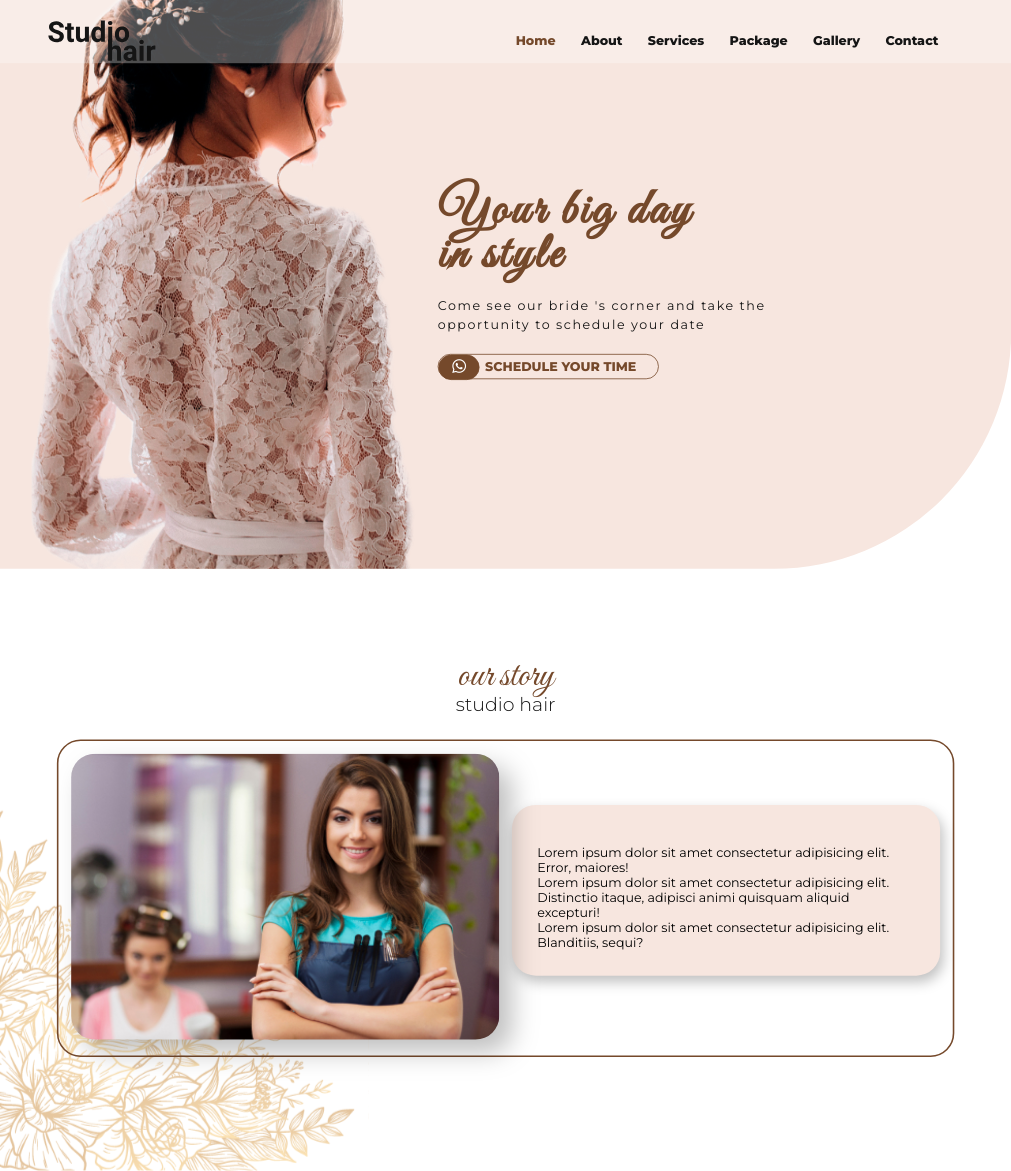
Repository: TuanHuflit2k1/clone-web01
Page: index.html
These files come from the project's save history. The page is drawn as it stood at one moment and after the next save; the edit follows.
The browser window is 1280 px wide. The pictures show the whole page, at 79% of full size.
Some web libraries are served in a nearby version.

Above is the page before, as saved 2022-04-28 11:21:24.

After the next save:
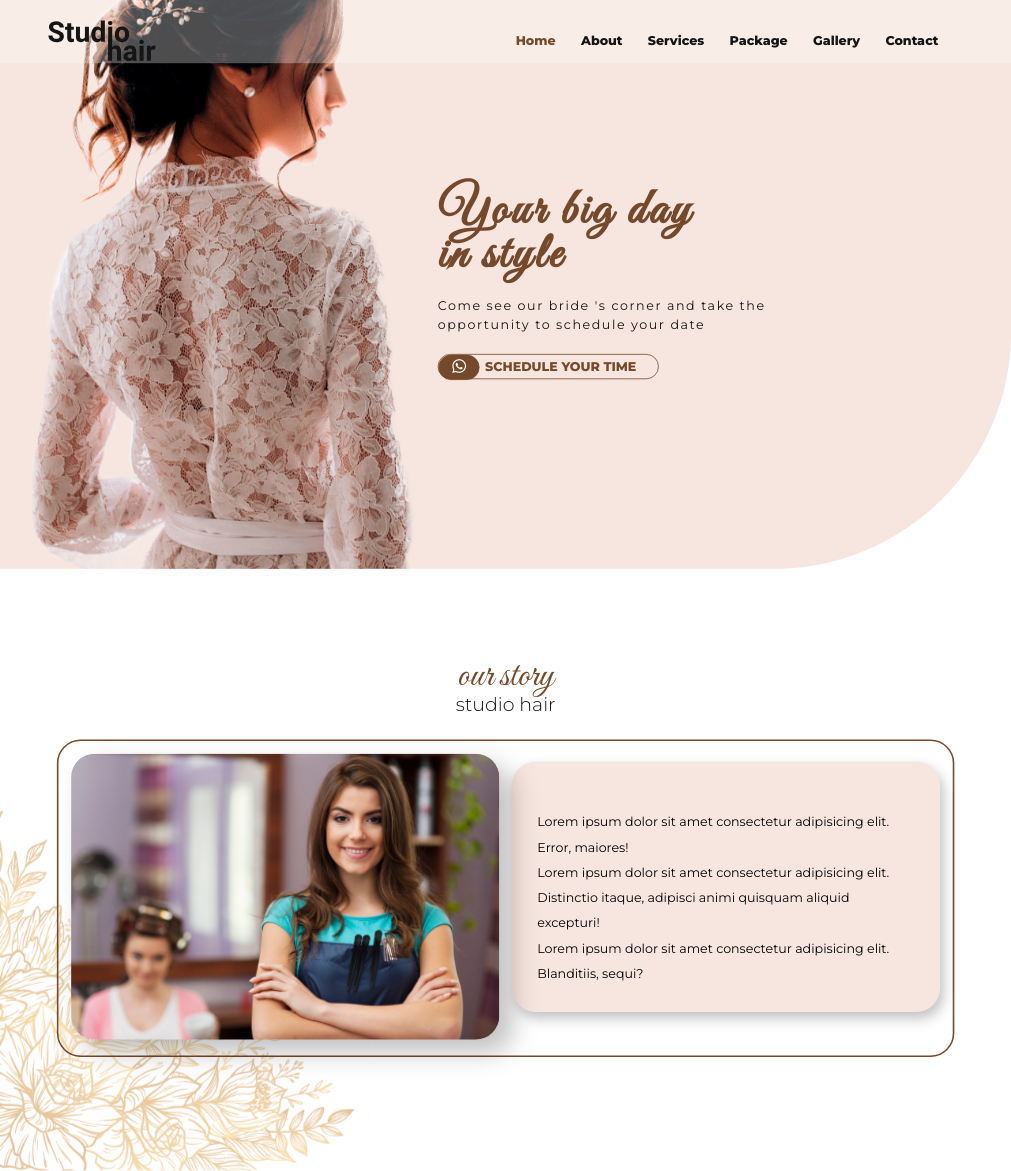
Saved 4 s later.
--- a/style.css
+++ b/style.css
@@ -270,7 +270,8 @@ body {
 }
 .about-description p {
     font-weight: 400;
-    line-height: ;
+    line-height: 2rem;
+
 }
 @media (max-width: 920px) {
   .nav-menu {
